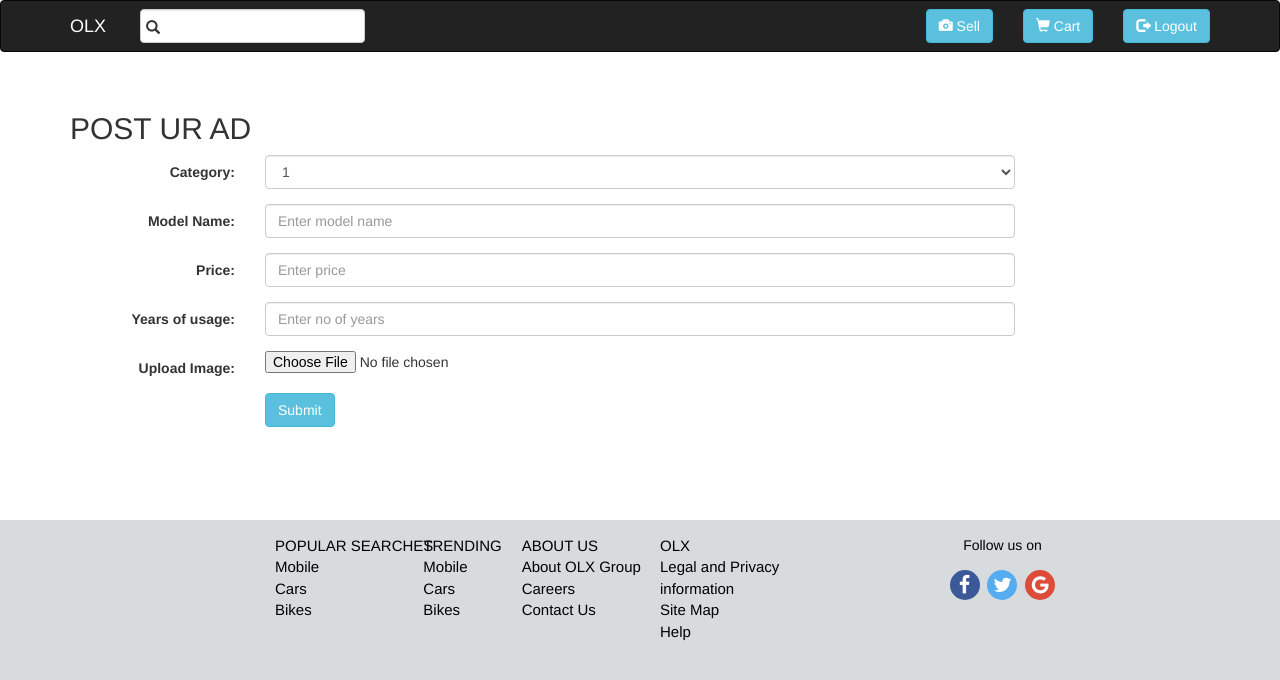
Repository: suganthisarathy/spring_hibernate
Page: http://localhost/olx_resale/WEB-INF/views/SellProduct.jsp
These files come from the project's save history. The page is drawn as it stood at one moment and after the next save; the edit follows.
The browser window is 1280 px wide. The pictures show the whole page.
The page is served by Tomcat 9. Nobody is signed in. The template is opened directly, without the code that normally fills it, so the values that code supplies are empty.

Above is the page before, as saved 2019-05-29 09:57:23.

After the next save:
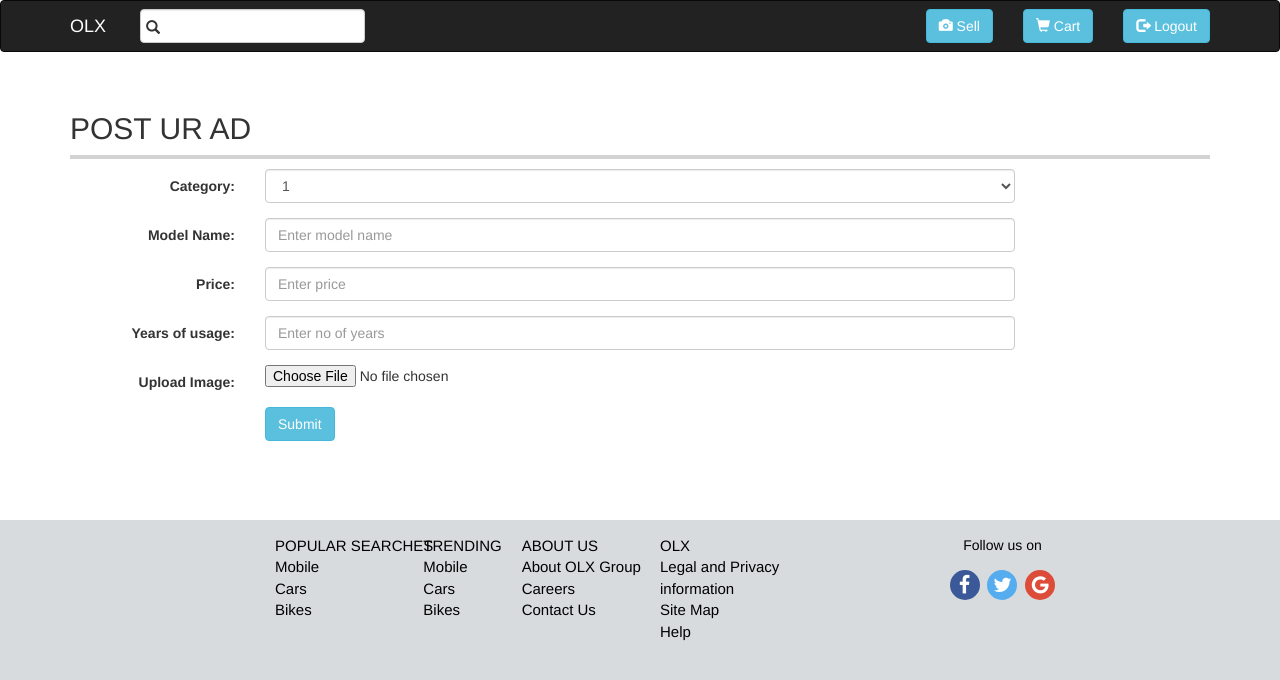
Saved 3 min 0 s later.
--- a/olx_resale/src/main/webapp/WEB-INF/views/SellProduct.jsp
+++ b/olx_resale/src/main/webapp/WEB-INF/views/SellProduct.jsp
@@ -12,6 +12,13 @@
 	src="https://ajax.googleapis.com/ajax/libs/jquery/3.4.0/jquery.min.js"></script>
 <script
 	src="https://maxcdn.bootstrapcdn.com/bootstrap/3.4.0/js/bootstrap.min.js"></script>
+	<style>
+	p.normal{
+	border:2px solid lightgrey;
+
+	}
+
+	</style>
 </head>
 <body>
 <jsp:include page="header.jsp"/>
@@ -19,6 +26,8 @@
  <br/>
 <div class="container">
    <h2>POST UR AD</h2>
+   <p class="normal">
+
   <div class="card">
     <div class="card-body"><form class="form-horizontal" action="/action_page.php">
     <form action="" method="post">
@@ -71,6 +80,7 @@
 
   </form></div>
   </div>
+  </p>
 </div>
 </form>
 </body>
